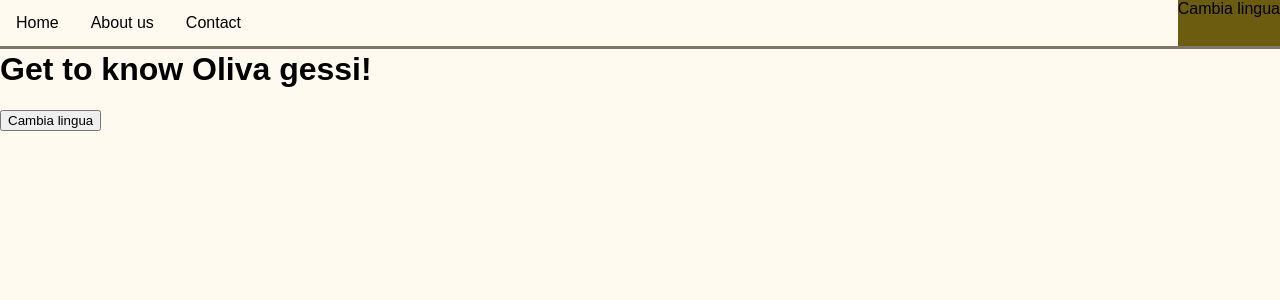
Repository: Seaside-Jokers/Oliva-gessi
Page: index.html
The author's editor kept a copy of each file at every save. The page is drawn from the files as they stood at one save, then again after the next save.
The browser window is 1280 px wide. The pictures show the whole page.

Above is the page before, as saved 2026-02-16 19:24:51.

After the next save:
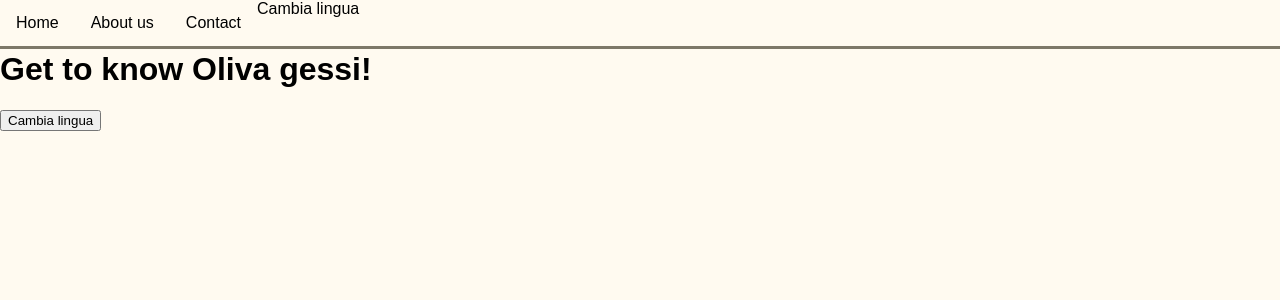
Saved 5 s later.
--- a/index.html
+++ b/index.html
@@ -10,7 +10,7 @@
         <a class="nav-button" href="#" data-key="home">Home</a>
         <a class="nav-button" href="#" data-key="about">Chi siamo</a>
         <a class="nav-button" href="#" data-key="contact">Contatti</a>
-        <a onclick="changeState()" data-key="change-language" class="change-language">
+        <a onclick="changeState()" data-key="change-language">
             Cambia lingua</a>
     </nav>
 
